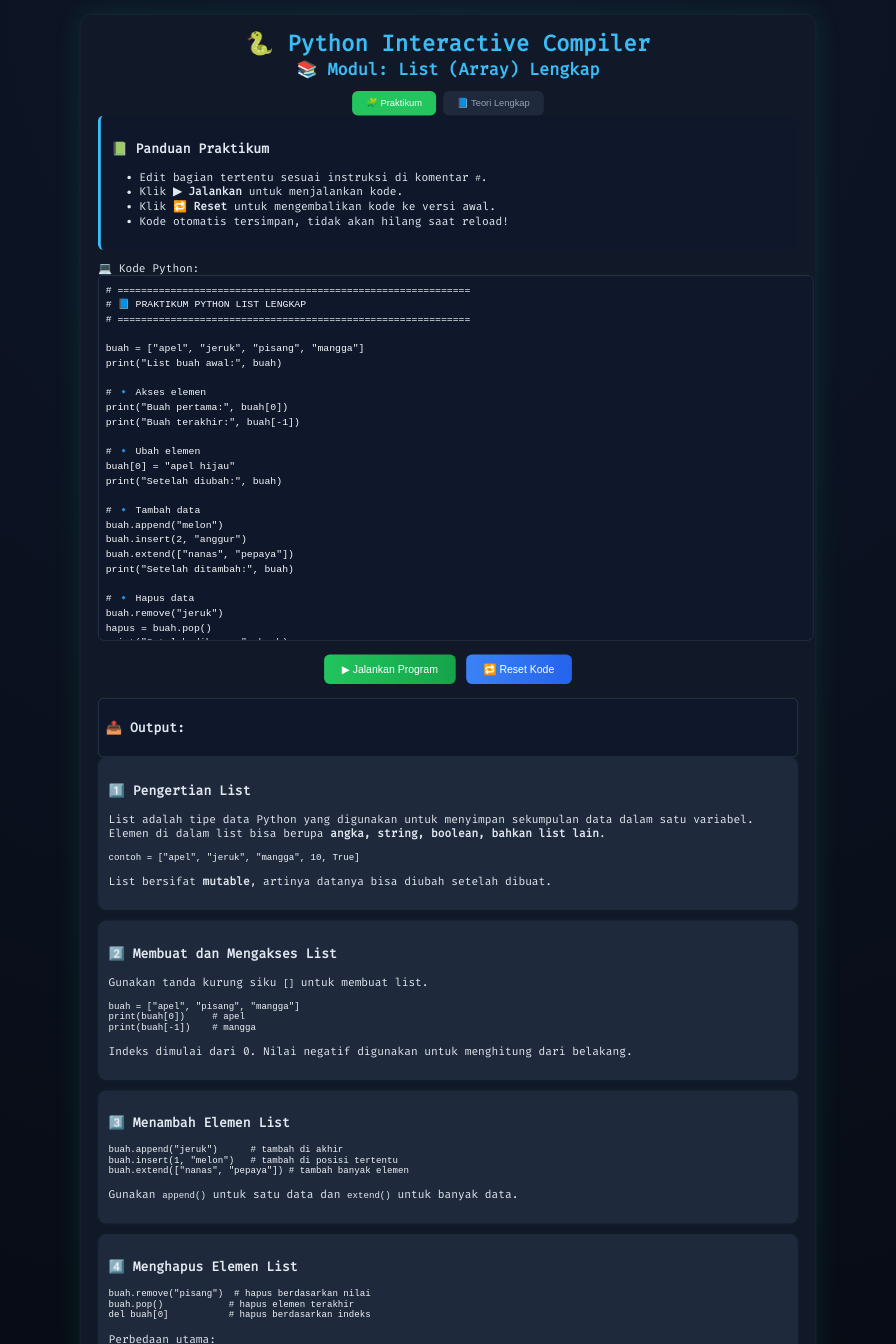
Repository: smkmutipugademak/Array
Page: index.html
The author's editor kept a copy of each file at every save. The page is drawn from the files as they stood at one save, then again after a run of saves.
The browser window is 1280 px wide. The pictures show the part of the page from y = 0 to 1920 px (the page is 4098 px tall), at 70% of full size.
An inner scrolling area shows only its first screen.

Above is the page before, as saved 2025-11-11 05:13:51.

### index.html
<!DOCTYPE html>
<html lang="id">

<head>
    <meta charset="UTF-8" />
    <meta name="viewport" content="width=device-width, initial-scale=1.0" />
    <title>🐍 Python Interactive Compiler - Belajar List</title>
    <link rel="stylesheet" href="style.css" />
    <link href="https://fonts.googleapis.com/css2?family=Fira+Code&display=swap" rel="stylesheet">
</head>

<body>
    <div class="container">
        <h1>🐍 Python Interactive Compiler</h1>
        <h2>📚 Modul: List (Array) Lengkap</h2>

        <div class="tabs">
            <button class="tab-button active" data-tab="praktikum">🧩 Praktikum</button>
            <button class="tab-button" data-tab="teori">📘 Teori Lengkap</button>
        </div>

        <!-- ===================== TAB PRAKTIKUM ===================== -->
        <div id="praktikum" class="tab-content active">
            <div class="instructions">
                <h3>📗 Panduan Praktikum</h3>
                <ul>
                    <li>Edit bagian tertentu sesuai instruksi di komentar <code>#</code>.</li>
                    <li>Klik <b>▶ Jalankan</b> untuk menjalankan kode.</li>
                    <li>Klik <b>🔁 Reset</b> untuk mengembalikan kode ke versi awal.</li>
                    <li>Kode otomatis tersimpan, tidak akan hilang saat reload!</li>
                </ul>
            </div>

            <div class="editor-section">
                <label>💻 Kode Python:</label>
                <textarea id="editor" spellcheck="false"></textarea>

                <div class="btn-group">
                    <button id="runBtn">▶ Jalankan Program</button>
                    <button id="resetBtn">🔁 Reset Kode</button>
                </div>
            </div>

            <div class="output-container">
                <h3>📤 Output:</h3>
                <pre id="output"></pre>
            </div>
        </div>

        <!-- ===================== TAB TEORI LENGKAP ===================== -->
        <div id="teori" class="tab-content">
            <div class="theory-section">
                <div class="card">
                    <h3>1️⃣ Pengertian List</h3>
                    <p>List adalah tipe data Python yang digunakan untuk menyimpan sekumpulan data dalam satu variabel.
                        Elemen di dalam list bisa berupa <b>angka, string, boolean, bahkan list lain</b>.</p>
                    <pre><code>contoh = ["apel", "jeruk", "mangga", 10, True]</code></pre>
                    <p>List bersifat <b>mutable</b>, artinya datanya bisa diubah setelah dibuat.</p>
                </div>

                <div class="card">
                    <h3>2️⃣ Membuat dan Mengakses List</h3>
                    <p>Gunakan tanda kurung siku <code>[]</code> untuk membuat list.</p>
                    <pre><code>buah = ["apel", "pisang", "mangga"]
print(buah[0])     # apel
print(buah[-1])    # mangga</code></pre>
                    <p>Indeks dimulai dari 0. Nilai negatif digunakan untuk menghitung dari belakang.</p>
                </div>

                <div class="card">
                    <h3>3️⃣ Menambah Elemen List</h3>
                    <pre><code>buah.append("jeruk")      # tambah di akhir
buah.insert(1, "melon")   # tambah di posisi tertentu
buah.extend(["nanas", "pepaya"]) # tambah banyak elemen</code></pre>
                    <p>Gunakan <code>append()</code> untuk satu data dan <code>extend()</code> untuk banyak data.</p>
                </div>

                <div class="card">
                    <h3>4️⃣ Menghapus Elemen List</h3>
                    <pre><code>buah.remove("pisang")  # hapus berdasarkan nilai
buah.pop()            # hapus elemen terakhir
del buah[0]           # hapus berdasarkan indeks</code></pre>
                    <p>Perbedaan utama:
                    <ul>
                        <li><code>remove()</code> menghapus berdasarkan isi.</li>
                        <li><code>pop()</code> menghapus dan mengembalikan elemen terakhir.</li>
                        <li><code>del</code> bisa digunakan untuk menghapus berdasarkan posisi.</li>
                    </ul>
                    </p>
                </div>

                <div class="card">
                    <h3>5️⃣ Mengubah Elemen</h3>
                    <pre><code>buah[0] = "apel hijau"
buah[1:3] = ["melon", "nanas"]</code></pre>
                    <p>Kamu bisa mengubah satu atau beberapa elemen sekaligus menggunakan slicing.</p>
                </div>

                <div class="card">
                    <h3>6️⃣ Operasi Dasar List</h3>
                    <pre><code>angka = [1, 2, 3]
print(len(angka))        # 3
print(angka + [4, 5])    # gabung list
print(angka * 2)         # duplikasi
print(2 in angka)        # cek keanggotaan</code></pre>
                </div>

                <div class="card">
                    <h3>7️⃣ Fungsi Bawaan List</h3>
                    <pre><code>angka = [2, 4, 4, 5, 10]
print(angka.count(4))   # menghitung jumlah 4
print(angka.index(5))   # posisi angka 5
angka.sort()            # urut naik
angka.reverse()         # urut turun
print(angka)</code></pre>
                </div>

                <div class="card">
                    <h3>8️⃣ Slicing List</h3>
                    <pre><code>buah = ["apel", "pisang", "jeruk", "mangga", "melon"]
print(buah[1:4])   # ['pisang', 'jeruk', 'mangga']
print(buah[:3])    # ['apel', 'pisang', 'jeruk']
print(buah[::-1])  # urutan dibalik</code></pre>
                </div>

                <div class="card">
                    <h3>9️⃣ Nested List (List di dalam List)</h3>
                    <pre><code>kelas = [["Ani", 80], ["Budi", 90], ["Citra", 85]]
print(kelas[1][0])  # Budi
print(kelas[1][1])  # 90</code></pre>
                    <p>Nested list sering digunakan untuk menyimpan data tabel atau pasangan nilai (nama dan skor).</p>
                </div>

                <div class="card">
                    <h3>🔟 Looping pada List</h3>
                    <pre><code>for buah in ["apel", "pisang", "jeruk"]:
    print(buah)</code></pre>
                    <p>Bisa juga menggunakan <code>enumerate()</code> untuk mendapatkan indeks dan nilai:</p>
                    <pre><code>buah = ["apel", "jeruk", "pisang"]
for i, item in enumerate(buah):
    print(i, item)</code></pre>
                </div>

                <div class="card">
                    <h3>1️⃣1️⃣ List Comprehension</h3>
                    <p>Cara singkat membuat list dari iterasi.</p>
                    <pre><code>angka = [x for x in range(5)]
kuadrat = [x**2 for x in range(1,6)]
print(angka)
print(kuadrat)</code></pre>
                </div>

                <div class="card">
                    <h3>1️⃣2️⃣ Fungsi Copy, Clear, dan Lainnya</h3>
                    <pre><code>data = [1, 2, 3]
salinan = data.copy()
salinan.append(4)
print("Asli:", data)
print("Salinan:", salinan)

data.clear()
print("Setelah clear:", data)</code></pre>
                </div>

                <div class="card">
                    <h3>📖 Rangkuman</h3>
                    <ul>
                        <li>List menyimpan banyak data dalam satu variabel.</li>
                        <li>List bersifat <b>mutable</b> (bisa diubah).</li>
                        <li>Dapat ditambah, dihapus, digabung, dan diulang.</li>
                        <li>Mendukung operasi matematika dan logika sederhana.</li>
                        <li>Sangat penting untuk memahami manipulasi data di Python.</li>
                    </ul>
                </div>

                <div class="card" style="text-align:center; color:#22c55e;">
                    <h3>🎉 Selesai! Kamu sudah memahami semua konsep List Python 🎉</h3>
                </div>
            </div>
        </div>
    </div>

    <!-- Skulpt -->
    <script src="https://cdn.jsdelivr.net/npm/skulpt@1.2.0/dist/skulpt.min.js"></script>
    <script src="https://cdn.jsdelivr.net/npm/skulpt@1.2.0/dist/skulpt-stdlib.js"></script>
    <script src="script.js"></script>
</body>

</html>

### style.css
body {
    background: radial-gradient(circle at top, #0f172a, #000);
    color: #e2e8f0;
    font-family: "Fira Code", monospace;
    margin: 0;
    padding: 20px;
    display: flex;
    justify-content: center;
}

.container {
    background: #111827;
    border: 1px solid #1e293b;
    border-radius: 16px;
    padding: 20px 25px;
    width: 95%;
    max-width: 1000px;
    box-shadow: 0 0 40px rgba(0, 255, 150, 0.1);
}

h1,
h2 {
    text-align: center;
    color: #38bdf8;
    margin: 0;
}

.tabs {
    display: flex;
    justify-content: center;
    margin-top: 15px;
    gap: 10px;
}

.tab-button {
    padding: 10px 20px;
    background: #1e293b;
    border: none;
    border-radius: 8px;
    color: #94a3b8;
    cursor: pointer;
    transition: 0.3s;
}

.tab-button.active {
    background: #22c55e;
    color: #fff;
}

.tab-button:hover {
    background: #16a34a;
    color: #fff;
}

.instructions {
    background: #0f172a;
    border-left: 4px solid #38bdf8;
    padding: 15px;
    border-radius: 8px;
}

.editor-section {
    margin-top: 15px;
}

textarea {
    width: 100%;
    height: 500px;
    background: #0f172a;
    color: #f8fafc;
    border: 1px solid #334155;
    border-radius: 8px;
    padding: 10px;
    line-height: 1.5;
    resize: none;
    font-size: 14px;
}

.btn-group {
    display: flex;
    justify-content: center;
    gap: 15px;
    margin-top: 15px;
}

#runBtn,
#resetBtn {
    padding: 12px 25px;
    border: none;
    border-radius: 8px;
    color: white;
    cursor: pointer;
    font-size: 15px;
    transition: 0.3s;
}

#runBtn {
    background: linear-gradient(90deg, #22c55e, #16a34a);
}

#runBtn:hover {
    transform: scale(1.05);
    background: linear-gradient(90deg, #16a34a, #15803d);
}

#resetBtn {
    background: linear-gradient(90deg, #3b82f6, #2563eb);
}

#resetBtn:hover {
    transform: scale(1.05);
    background: linear-gradient(90deg, #2563eb, #1d4ed8);
}

.output-container {
    background: #0f172a;
    border: 1px solid #334155;
    border-radius: 8px;
    padding: 10px;
    margin-top: 20px;
}

pre {
    white-space: pre-wrap;
    color: #f1f5f9;
}

.theory-section {
    display: grid;
    gap: 15px;
}

.card {
    background: #1e293b;
    border-radius: 12px;
    padding: 15px;
    box-shadow: 0 0 10px rgba(0, 255, 150, 0.05);
}

@media (max-width: 700px) {
    textarea {
        height: 400px;
        font-size: 13px;
    }

    #runBtn,
    #resetBtn {
        font-size: 14px;
        padding: 10px 20px;
    }
}

### script.js
// ============================================================
// 🧠 PYTHON COMPILER WITH AUTOSAVE
// ============================================================
const defaultCode = `# ============================================================
# 📘 PRAKTIKUM PYTHON LIST LENGKAP
# ============================================================

buah = ["apel", "jeruk", "pisang", "mangga"]
print("List buah awal:", buah)

# 🔹 Akses elemen
print("Buah pertama:", buah[0])
print("Buah terakhir:", buah[-1])

# 🔹 Ubah elemen
buah[0] = "apel hijau"
print("Setelah diubah:", buah)

# 🔹 Tambah data
buah.append("melon")
buah.insert(2, "anggur")
buah.extend(["nanas", "pepaya"])
print("Setelah ditambah:", buah)

# 🔹 Hapus data
buah.remove("jeruk")
hapus = buah.pop()
print("Setelah dihapus:", buah)
print("Yang dihapus:", hapus)

# 🔹 Fungsi dasar list
angka = [2, 4, 5, 5, 10, 4]
print("List angka:", angka)
print("Jumlah elemen:", len(angka))
print("Banyak angka 5:", angka.count(5))
print("Indeks angka 4:", angka.index(4))

# 🔹 Operasi list
print("Penjumlahan list:", angka + [20, 30])
print("Duplikasi list:", angka * 2)
print("Apakah 4 ada di list?", 4 in angka)

# 🔹 Slicing
print("Elemen ke-2 s.d 4:", angka[1:4])
print("Membalik urutan:", angka[::-1])

# 🔹 Nested list
kelas = [["Ani", 80], ["Budi", 90], ["Citra", 85]]
print("Nilai Budi:", kelas[1][1])

# 🔹 Looping
print("Daftar nilai siswa:")
for nama, nilai in kelas:
    print("-", nama, "=", nilai)

# 🔹 List comprehension
kuadrat = [x**2 for x in range(1, 6)]
print("Kuadrat 1–5:", kuadrat)

# 🔹 Sort & Reverse
angka2 = [9, 3, 6, 1, 7]
angka2.sort()
print("Urut naik:", angka2)
angka2.reverse()
print("Urut turun:", angka2)

# 🔹 Copy dan Clear
salinan = angka2.copy()
salinan.append(100)
print("Asli:", angka2)
print("Salinan:", salinan)
salinan.clear()
print("Setelah clear:", salinan)

print("\\n✅ Semua fungsi List Python telah dipelajari!")`;

// ===========================
//  Inisialisasi Editor
// ===========================
const editor = document.getElementById("editor");
const output = document.getElementById("output");
const savedCode = localStorage.getItem("pythonCode");

editor.value = savedCode || defaultCode;

// ===========================
//  Jalankan Program
// ===========================
function outf(text) {
    output.innerHTML += text + "\n";
}

function builtinRead(x) {
    if (Sk.builtinFiles === undefined || Sk.builtinFiles["files"][x] === undefined)
        throw "File not found: '" + x + "'";
    return Sk.builtinFiles["files"][x];
}

document.getElementById("runBtn").addEventListener("click", () => {
    output.innerHTML = "";
    Sk.configure({ output: outf, read: builtinRead });
    Sk.misceval.asyncToPromise(() => Sk.importMainWithBody("<stdin>", false, editor.value, true))
        .then(() => outf("\n✅ Program selesai tanpa error."))
        .catch(err => outf("\n❌ Error: " + err.toString()));
});

// ===========================
//  Reset ke Default
// ===========================
document.getElementById("resetBtn").addEventListener("click", () => {
    if (confirm("Yakin ingin mengembalikan kode ke versi awal?")) {
        editor.value = defaultCode;
        output.innerHTML = "";
        localStorage.removeItem("pythonCode");
    }
});

// ===========================
//  Autosave Tiap 2 Detik
// ===========================
setInterval(() => {
    localStorage.setItem("pythonCode", editor.value);
}, 2000);

// ===========================
//  Tab Navigasi
// ===========================
document.querySelectorAll(".tab-button").forEach(btn => {
    btn.addEventListener("click", () => {
        document.querySelectorAll(".tab-button").forEach(b => b.classList.remove("active"));
        document.querySelectorAll(".tab-content").forEach(c => c.classList.remove("active"));
        btn.classList.add("active");
        document.getElementById(btn.dataset.tab).classList.add("active");
    });
});

After the next 2 saves:
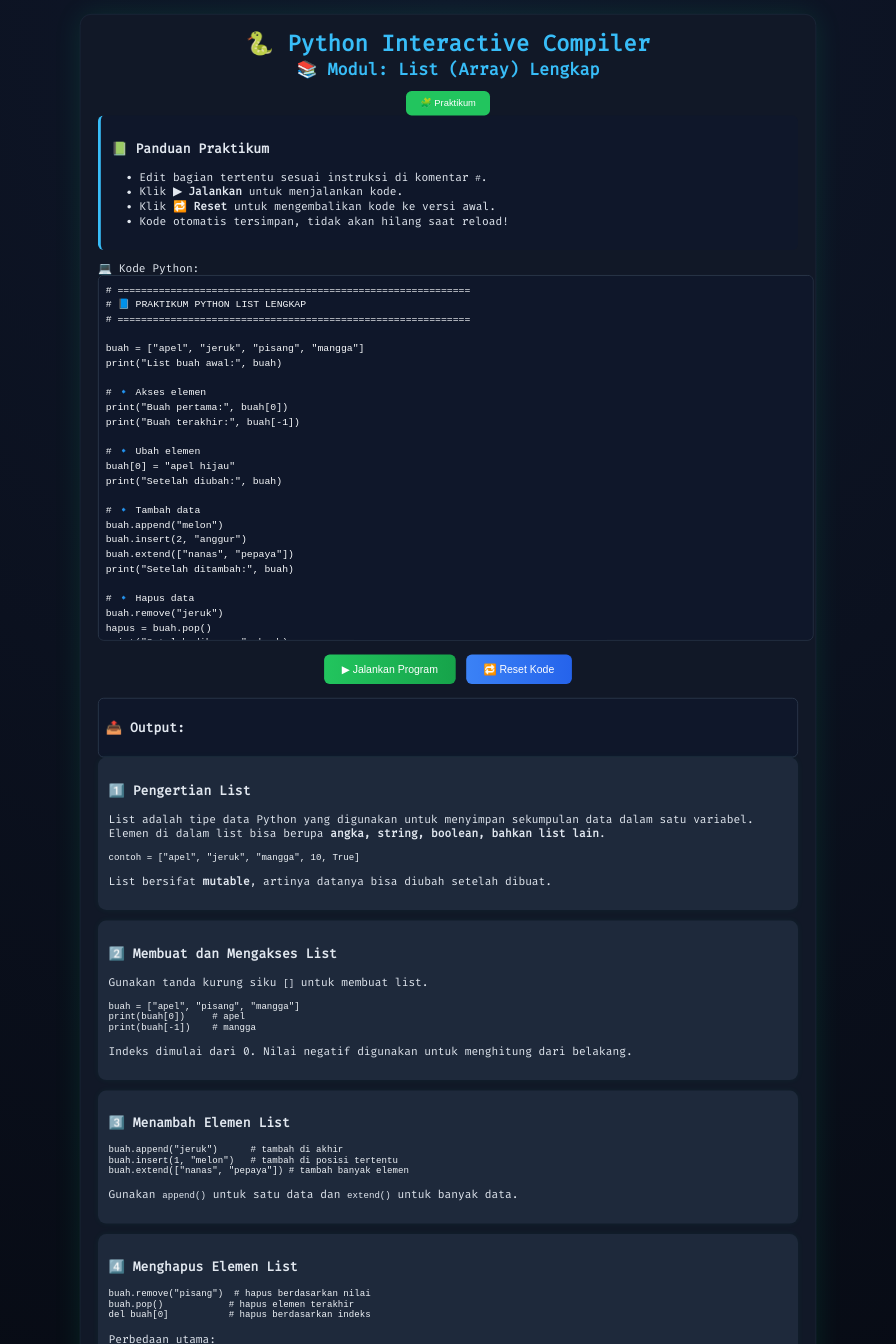
The 2 saves are shown as one change because they came seconds apart.
The last was saved 17 s later.
--- a/index.html
+++ b/index.html
@@ -16,7 +16,6 @@
 
         <div class="tabs">
             <button class="tab-button active" data-tab="praktikum">🧩 Praktikum</button>
-            <button class="tab-button" data-tab="teori">📘 Teori Lengkap</button>
         </div>
 
         <!-- ===================== TAB PRAKTIKUM ===================== -->
